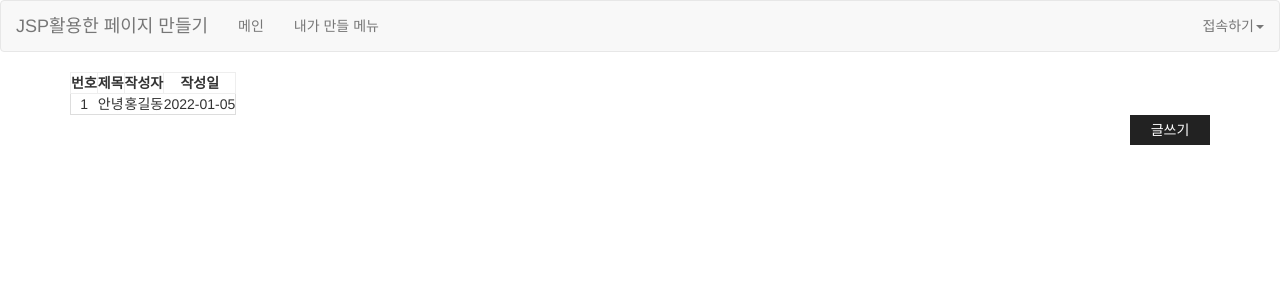
Repository: taeillee1/Newstudy
Page: http://localhost/SpringMVCJava/WEB-INF/views/Mymenu.jsp
The author's editor kept a copy of each file at every save. The page is drawn from the files as they stood at one save, then again after the next save.
The browser window is 1280 px wide. The pictures show the whole page.
Some web libraries are served in a nearby version. The page is served by Tomcat 9. Nobody is signed in. The template is opened directly, without the code that normally fills it, so the values that code supplies are empty.

Above is the page before, as saved 2022-01-05 10:23:21.

After the next save:
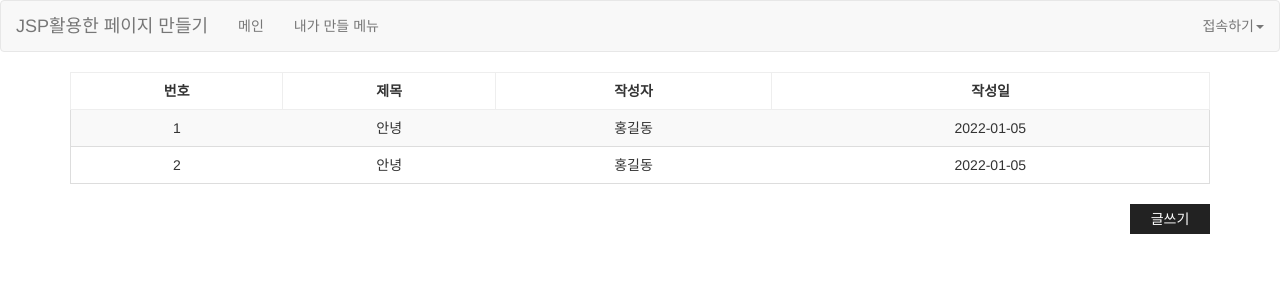
Saved 22 s later.
--- a/Newpage/SpringMVCJava/src/main/webapp/WEB-INF/views/Mymenu.jsp
+++ b/Newpage/SpringMVCJava/src/main/webapp/WEB-INF/views/Mymenu.jsp
@@ -82,7 +82,7 @@
 		</div>
 	</nav>
 	<div class="container">
-		<table style="text-align:center; border:1px solid #dddddd">
+		<table class="table table-striped" style="text-align:center; border:1px solid #dddddd">
 			<thead><!-- 테이블의 제목부분으로 가장 윗줄에 해당하여 각각의 속성을 알려줌 -->
 				<tr> <!-- 테이블의 하나의 행을 의미 -->
 					<th style="text-align:center; border:1px solid #eeeeee">번호</th>
@@ -98,6 +98,12 @@
 					<td>홍길동</td>
 					<td>2022-01-05</td>
 				</tr>
+				<tr>
+					<td>2</td>
+					<td>안녕</td>
+					<td>홍길동</td>
+					<td>2022-01-05</td>
+				</tr>
 			</tbody>
 		</table>
 		<a href="#" class="bye">글쓰기</a>
